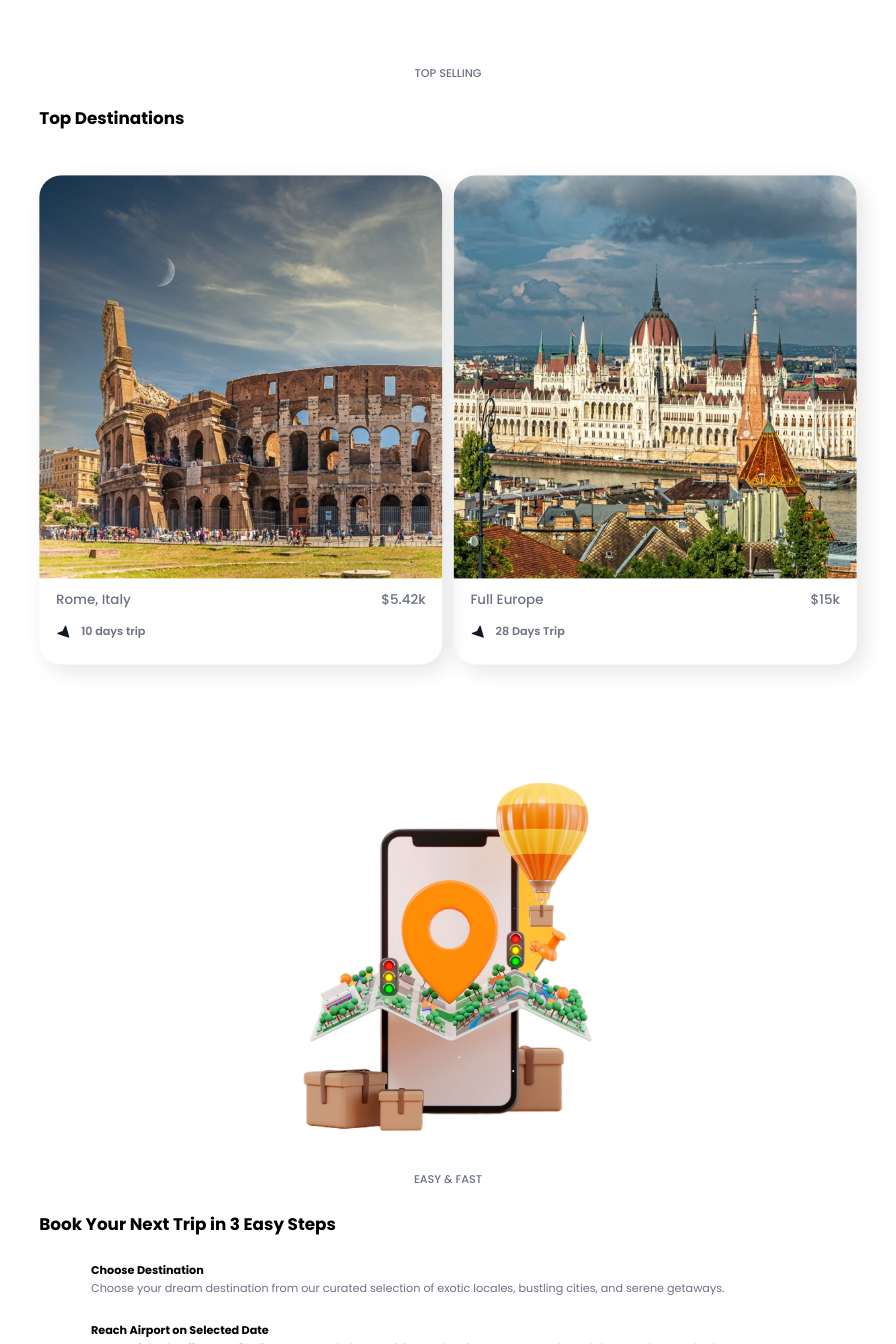
Repository: ntandomagana/travel-website
Page: index.html
The author's editor kept a copy of each file at every save. The page is drawn from the files as they stood at one save, then again after the next save.
The browser window is 1280 px wide. The pictures show the part of the page from y = 1506 to 3426 px (the page is 4656 px tall before and 4459 px after), at 70% of full size.

Above is the page before, as saved 2024-05-07 14:38:13.

### index.html
<!DOCTYPE html>
<html lang="en">
  <head>
    <meta charset="UTF-8" />
    <meta name="viewport" content="width=device-width, initial-scale=1.0" />
    <link
      href="https://cdn.jsdelivr.net/npm/remixicon@4.2.0/fonts/remixicon.css"
      rel="stylesheet"
    />
    <link
      rel="stylesheet"
      href="https://cdn.jsdelivr.net/npm/swiper@11/swiper-bundle.min.css"
    />
    <link rel="stylesheet" href="style.css" />
    <link rel="stylesheet" href="mediaqueries.css" />
    <title>Travel Website</title>
  </head>
  <body>
    <nav>
      <div class="nav-header">
        <div class="logo">
          <a href="#" class="logo">Travel<span>S</span>.</a>
        </div>
        <div class="nav-menu-btn" id="menu-btn">
          <i class="ri-menu-line"></i>
        </div>
      </div>

      <ul class="nav-links" id="nav-links">
        <li><a href="#home">Home</a></li>
        <li><a href="#service">Services</a></li>
        <li><a href="#destination">Destinations</a></li>
        <li><a href="#trips">Trips</a></li>
        <li><a href="#client">Clients</a></li>
      </ul>
    </nav>

    <header class="section-container header-container" id="home">
      <div class="header-image">
        <img src="assets/header.png" alt="header" />
      </div>
      <div class="header-content">
        <h3 class="section-subheader">BEST DESTINATIONS AROUND THE WORLD</h3>
        <h1>Travel, enjoy and live a new full life</h1>
        <p>
          It's an invitation to break free from the ordinary, immerse yourself
          in diverse cultures, and embrace the beauty of the world around you.
          Let every journey be a chapter in your story of living life to its
          fullest potential.
        </p>
        <div class="header-btns">
          <button class="btn">Find out more</button>
          <a href="#">
            <span><i class="ri-play-fill"></i></span>
            Play Demo
          </a>
        </div>
      </div>
    </header>

    <section class="section-container service-container" id="service">
      <h3 class="section-subheader">CATEGORY</h3>
      <h2 class="section-header">We Offer Best Services</h2>
      <div class="service-grid">
        <div class="service-card">
          <img src="assets/weather.png" alt="service" />
          <h4>Calculated Weather</h4>
          <p>
            Stay ahead of your travels with precise weather forecasts tailored
            to your destination's conditions.
          </p>
        </div>
        <div class="service-card">
          <img src="assets/customisation.png" alt="service" />
          <h4>Customizations</h4>
          <p>
            Tailor your journey with personalized customizations, ensuring every
            detail reflects your unique travel style.
          </p>
        </div>
      </div>
    </section>

    <section class="section-container destination-container" id="destination">
      <h3 class="section-subheader">TOP SELLING</h3>
      <h2 class="section-header">Top Destinations</h2>
      <div class="destination-grid">
        <div class="destination-card">
          <img src="assets/destination-1.jpg" alt="destination" />
          <div class="destination-details">
            <div>
              <h4>Rome, Italy</h4>
              <h4>$5.42k</h4>
            </div>
            <p>
              <span><i class="ri-navigation-fill"></i></span>
              10 days trip
            </p>
          </div>
        </div>
        <div class="destination-card">
          <img src="assets/destination-3.jpg" alt="destination" />
          <div class="destination-details">
            <div>
              <h4>Full Europe</h4>
              <h4>$15k</h4>
            </div>
            <p>
              <span><i class="ri-navigation-fill"></i></span>
              28 Days Trip
            </p>
          </div>
        </div>
      </div>
    </section>

    <section class="section-container trip-container" id="trip">
      <div class="trip-image">
        <img src="assets/trip.png" />
      </div>
      <div class="trip-content">
        <h3 class="section-subheader">EASY & FAST</h3>
        <h2 class="section-header">Book Your Next Trip in 3 Easy Steps</h2>
        <ul class="trip-list">
          <li>
            <span><i class="ri-signpost-line"></i></span>
            <div>
              <h4>Choose Destination</h4>
              <p>
                Choose your dream destination from our curated selection of
                exotic locales, bustling cities, and serene getaways.
              </p>
            </div>
          </li>

          <li>
            <span><i class="ri-secure-payment-line"></i></span>
            <div>
              <h4>Reach Airport on Selected Date</h4>
              <p>
                Prepare for takeoff as you finalize your travel plans, arriving
                at the airport on your selected date ready to embark on your
                next unforgettable journey.
              </p>
            </div>
          </li>
        </ul>
      </div>
    </section>

    <section class="section-container clinet-container" id="client">
      <div class="client-content">
        <h3 class="section-subheader">TESTIMONIALS</h3>
        <h2 class="section-header">What People Say About Us</h2>
      </div>
      <div class="client-swiper">
        <!--Slider main container-->
        <div class="swiper">
          <!--Additional required wrapper-->
          <div class="swiper-wrapper">
            <!--Slides-->
            <div class="swiper-slide">
              <div class="client-card">
                <img src="assets/client-1.jpg" alt="client" />
                <div class="client-card-content">
                  <p>
                    Booking my trips through this platform has been a
                    game-changer! From the intuitive interface to the seamless
                    booking process, I've never felt more excited to explore new
                    destinations.
                  </p>
                  <h4>Emily Watson</h4>
                  <h5>Travel Enthusiast</h5>
                </div>
              </div>
            </div>
            <div class="swiper-slide">
              <div class="client-card">
                <img src="assets/client-2.jpg" alt="client" />
                <div class="client-card-content">
                  <p>
                    As a busy professional, time is of the essence. This website
                    made planning my vacation a breeze, allowing me to focus on
                    what matters most: making memories with my family.
                  </p>
                  <h4>David Nguyen</h4>
                  <h5>Business Executive</h5>
                </div>
              </div>
            </div>

            <div class="swiper-slide">
              <div class="client-card">
                <img src="assets/client-3.jpg" alt="client" />
                <div class="client-card-content">
                  <p>
                    I've been using this service for years, and it never
                    disappoints. The convenience of booking my flights,
                    accommodations, and activities all in one place saves me
                    time and stress every trip.
                  </p>
                  <h4>Michael Johnson</h4>
                  <h5>Frequent Flyer</h5>
                </div>
              </div>
            </div>
          </div>
        </div>
      </div>
    </section>

    <footer class="footer">
      <div class="section-container footer-container">
        <div class="footer-col">
          <div class="footer-logo">
            <a href="#" class="logo">Travel<span>S</span>.</a>
          </div>
          <p>
            Our platform is your passport to seamless adventures, offering a
            curated selection of destinations and a user-friendly booking
            experience.
          </p>
        </div>
        <div class="footer-col">
            <h4>Company</h4>
            <ul class="footer-links">
                <li><a href="#">About</a></li>
                <li><a href="#">Careers</a></li>
                <li><a href="#">Mobile</a></li>
            </ul>
        </div>
        <div class="footer-col">
          <h4>Contact</h4>
          <ul class="footer-links">
            <li><a href="#">Help/FAQ</a></li>
            <li><a href="#">Press</a></li>
            <li><a href="#">Affiliates</a></li>
          </ul>
        </div>
        <div class="footer-col">
          <ul class="footer-socials">
            <li>
              <a href="#"><i class="ri-facebook-fill"></i></a>
            </li>
            <li>
              <a href="#"><i class="ri-instagram-line"></i></a>
            </li>
            <li>
              <a href="#"><i class="ri-twitter-fill"></i></a>
            </li>
          </ul>
          <h5>Discover our app</h5>
          <div class="footer-discover">
            <a href="#"><img src="assets/google-play.jpg" alt="discover" /></a>
            <a href="#"><img src="assets/app-store.jpg" alt="discover" /></a>
          </div>
        </div>
      </div>
      <div class="footer-bar">
        Copyright © 2024 TravelS. All rights reserved.
      </div>
    </footer>

    <script src="https://unpkg.com/scrollreveal"></script>
    <script src="https://cdn.jsdelivr.net/npm/swiper@11/swiper-bundle.min.js"></script>
    <script src="main.js"></script>

      </div>

    </footer>
  </body>
</html>

### style.css
@import url("https://fonts.googleapis.com/css2?family=Poppins:ital,wght@0,100;0,200;0,300;0,400;0,500;0,600;0,700;0,800;0,900;1,100;1,200;1,300;1,400;1,500;1,600;1,700;1,800;1,900&display=swap");

:root {
  --primary-color: #e06951;
  --text-dark: #111827;
  --text-light: #6b7280;
  --white: #ffffff;
  --max-width: 1200px;
}

* {
  padding: 0;
  margin: 0;
  box-sizing: border-box;
}

html,
body {
  scroll-behavior: smooth;
}

body {
  font-family: "Poppins", sans-serif;
  background-image: url(assets/header-bg.png);
  background-size: contain;
  background-position: top center;
  background-repeat: no-repeat;
}

nav {
  position: fixed;
  isolation: isolate;
  width: 100%;
  max-width: var(--max-width);
  margin-inline: auto;
  z-index: 9;
}

.nav-header {
  padding: 1rem;
  width: 100%;
  display: flex;
  align-items: center;
  justify-content: space-between;
  background-color: var(--text-dark);
}

.nav-header .logo {
  color: var(--white);
}

.nav-menu-btn {
  font-size: 1rem;
  color: var(--white);
  cursor: pointer;
}

.nav-links {
  position: absolute;
  top: 65px;
  left: 0;
  width: 100%;
  list-style: none;
  display: flex;
  align-items: center;
  justify-content: center;
  flex-direction: column;
  gap: 2rem;
  padding: 2rem;
  background-color: var(--text-dark);
  transition: 0.5s;
  z-index: -1;
  transform: translateY(-100%);
}

.nav-links.open {
  transform: translateY(0);
}

.nav-links a {
  font-weight: 500;
  white-space: nowrap;
  color: var(--white);
}

.nav-links a:hover {
  color: var(--primary-color);
}

.section-container {
  max-width: var(--max-width);
  margin: auto;
  padding: 5rem 1rem;
}

.section-subheader {
  margin-bottom: 1rem;
  font-size: 1rem;
  font-weight: 500;
  line-height: 3.75rem;
  color: var(--text-light);
  text-align: center;
}

.logo {
  font-size: 1.75rem;
  font-weight: 600;
  color: var(--text-dark);
}

.logo span {
  color: var(--primary-color);
}

img {
  display: flex;
  width: 100%;
}

a {
  text-decoration: none;
  transition: 0.4s;
}

ul {
  list-style: none;
}

.header-container {
  display: grid;
  gap: 2rem;
  overflow: hidden;
}

.header-image img {
  max-width: 550px;
  margin-inline: auto;
}

.header-content .section-subheader {
  font-size: 1.2rem;
  color: var(--primary-color);
}

.header-content h1 {
  margin-bottom: 1rem;
  font-size: 4.75rem;
  font-weight: 500;
  line-height: 5.5rem;
  color: var(--text-dark);
  text-align: center;
}

.header-content p {
  margin-bottom: 2rem;
  line-height: 2rem;
  color: var(--text-light);
  text-align: center;
}

.header-btns {
  display: flex;
  align-items: center;
  justify-content: center;
  gap: 2rem;
}

.header-btns .btn {
  padding: 1rem 1.5rem;
  outline: none;
  border: none;
  font-size: 1rem;
  color: var(--white);
  background-color: #f1a501;
  border-radius: 5px;
  box-shadow: 2px 2px 20px rgba(241, 165, 1, 0.5);
  cursor: pointer;
}

.header-btns a {
  display: flex;
  align-items: center;
  gap: 1rem;
  font-size: 1rem;
  font-weight: 500;
  color: var(--text-light);
  transition: 0.3s;
}

.header-btns a:hover {
  color: var(--text-dark);
}

.header-btns a span {
  padding: 6px 12px;
  font-size: 1.5rem;
  color: var(--white);
  background-color: var(--primary-color);
  box-shadow: 2px 2px 20px rgba(224, 105, 81, 0.5);
  border-radius: 100%;
}

.service-grid {
  margin-top: 4rem;
  display: grid;
  gap: 1rem;
}

.service-card {
  padding: 2rem 1rem;
  text-align: center;
  border-radius: 2rem;
  transition: 0.3s;
}

.service-card:hover {
  box-shadow: 10px 10px 30px rgba(0, 0, 0, 0.1);
}

.service-card img {
  margin-bottom: 2rem;
  max-width: 60px;
  margin-inline: auto;
}

.service-card h4 {
  margin-bottom: 1rem;
  font-size: 1.2rem;
  font-weight: 600;
  color: var(--text-dark);
}

.service__card p {
  color: var(--text-light);
}

.destination-grid {
  margin-top: 4rem;
  display: grid;
  gap: 1rem;
}

.destination-card {
  border-radius: 2rem;
  overflow: hidden;
  box-shadow: 10px 10px 30px rgba(0, 0, 0, 0.1);
}

.destination-details {
  padding: 1rem 1.5rem;
}

.destination-details > div {
  margin-bottom: 1rem;
  display: flex;
  align-items: center;
  justify-content: space-between;
  gap: 1rem;
}

.destination-details h4 {
  font-size: 1.2rem;
  font-weight: 500;
  color: var(--text-light);
}

.destination-details p {
  margin-bottom: 1rem;
  display: flex;
  align-items: center;
  font-weight: 600;
  gap: 1rem;
  color: var(--text-light);
}

.destination-details p span {
  font-size: 1.25rem;
  color: var(--text-dark);
  transform: rotate(180deg);
}

.trip-container {
  display: grid;
  gap: 2rem;
  overflow: hidden;
}

.trip-image img {
  max-width: 425px;
  margin-inline: auto;
}

.trip-list {
  list-style: none;
  margin-top: 2rem;
  display: grid;
  gap: 2rem;
}

.trip-list li {
  display: flex;
  align-items: center;
  gap: 1rem;
}

.trip-list li span {
  padding: 8px 15px;
  font-size: 1.75rem;
  color: var(--white);
  border-radius: 1rem;
}

.trip__list li:nth-child(1) span {
  background-color: #f0bb1f;
}

.trip__list li:nth-child(2) span {
  background-color: #f15a2b;
}

.trip__list li:nth-child(3) span {
  background-color: #006380;
}

.trip-list p {
  color: var(--text-light);
}

.client-container {
  padding-bottom: 3rem;
  display: grid;
  gap: 2rem 4rem;
}

.swiper {
  width: 100%;
}

.swiper-slide {
  height: auto !important;
}

.client-card {
  position: relative;
  isolation: isolate;
  padding-block: 3rem 2rem;
  padding-inline: 3rem 1rem;
}

.client-card img {
  position: absolute;
  top: 0;
  left: 0;
  max-width: 80px;
  border-radius: 100%;
}

.client-card-content {
  padding: 2rem;
  border-radius: 1rem;
  box-shadow: 5px 5px 20px rgba(0, 0, 0, 0.1);
}

.client-card-content p {
  margin-bottom: 2rem;
  color: var(--text-light);
}

.client-card-content h4 {
  font-size: 1rem;
  font-weight: 500;
  color: var(--text-dark);
}

.client__card__content h5 {
  font-size: 1rem;
  font-weight: 500;
  color: var(--text-light);
}

.footer-container {
  display: grid;
  gap: 2rem;
}

.footer-col p {
  margin-top: 1rem;
  color: var(--text-light);
}

.footer-col h4 {
  margin-bottom: 1.5rem;
  font-size: 1.2rem;
  font-weight: 500;
  color: var(--text-dark);
}

.footer-links {
    display: grid;
    gap: 1rem;
}

.footer-links a {
    font-weight: 500;
    color: var(--text-light);

}

.footer-links a:hover {
    color: var(--primary-color);
}

.footer-socials {
    margin-bottom: 2rem;
    display: flex;
    align-items: center;
    justify-content: center;
    gap: 1rem;
}

.footer-socials a {
    padding: 8px 12px;
    font-size: 1.25rem;
    color: var(--text-dark);
    border-radius: 100%;
    box-shadow: 5px 5px 20px rgba(0, 0, 0, 0.1);
}

.footer-socials a:hover {
    color: var(--white);
    background-color: var(--primary-color);
}
.footer-col h5 {
    margin-bottom: 1rem;
    font-size: 1.1rem;
    font-weight: 500;
    color: var(--text-light);
}


.footer-discover {
    display: flex;
    align-items: center;
    justify-content: center;
    gap: 1rem;
}

.footer-discover img {
    max-width: 120px;
    border-radius: 1rem;
}

.footer-bar {
    padding: 1rem;
    font-size: 0.9rem;
    color: var(--text-light);
    text-align: center;

}

### mediaqueries.css
@media (width > 540px) {
    .service-grid{
        grid-template-columns: repeat(2, 1fr);
    }

    .destination-grid {
        grid-template-columns: repeat(2, 1fr);
    }

    .footer-container {
        grid-template-columns: repeat(2, 1fr);
    }

    .footer-col:nth-child(4) {
        grid-area: 2/1/3/2;
    }
}

@media (width > 768px) {
    nav {
        position: static;
        padding-block: 2rem 0;
        padding-inline: 1rem;
        display: flex;
        align-items: center;
        justify-content: space-between;
        gap: 2rem;
    }

    .nav-header {
        padding: 0;
        background-color: transparent;
    }

    .nav-logo .logo {
        color: var(--text-dark);
    }

    .nav-menu-btn {
        display: none;
    }

    .nav-links {
        position: static;
        padding: 0;
        flex-direction: row;
        justify-content: fix-end;
        gap: 4rem;
        background-color: transparent;
        transform: none;
    }

    .nav-links a {
        color: var(--text-dark);
    }

    .header-container {
        grid-template-columns: repeat(2, 1fr);
        align-items: center;
    }

    .header-image {
        grid-area: 1/2/3;
    }

    .header-content :is(.section-subheader, h1, p) {
        text-align: left;
    }

    .header-btns {
        justify-content: flex-start;
    }

    .service-grid {
        grid-template-columns: repeat(4, 1fr);
    }

    .destination-grid {
        grid-template-columns: repea;
    }
}

Loaded but not shown: main.js (no copy from this time; the picture is the same without it)

After the next save:
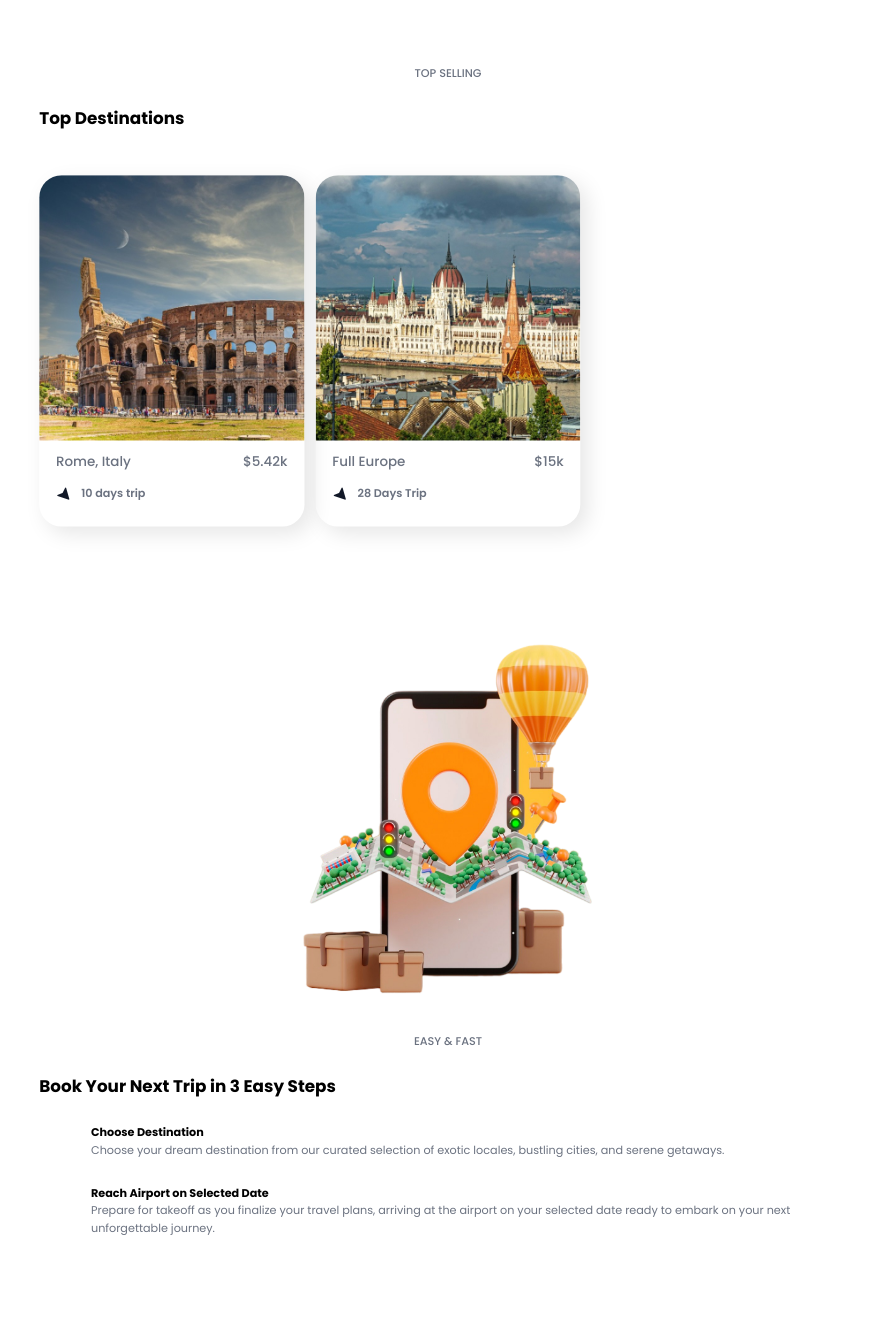
Saved 4 s later.
--- a/mediaqueries.css
+++ b/mediaqueries.css
@@ -76,6 +76,6 @@
     }
 
     .destination-grid {
-        grid-template-columns: repea;
+        grid-template-columns: repeat(3, 1fr);
     }
 }
